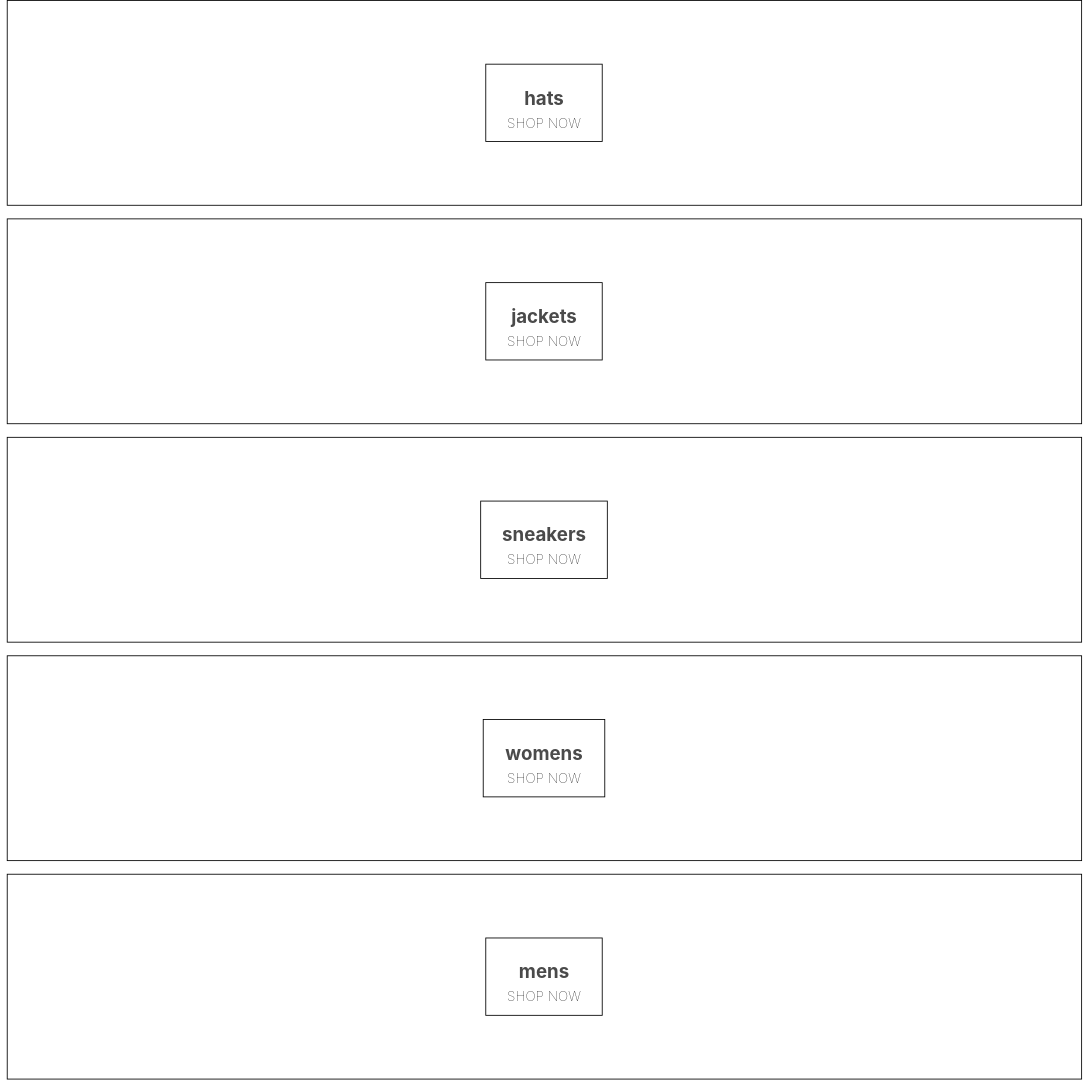
Repository: jsanjeykumar/crwn-clothing
Page: /
The author's editor kept a copy of each file at every save. The page is drawn from the files as they stood at one save, then again after the next save.
The browser window is 1280 px wide. The pictures show the whole page, at 85% of full size.
The project was rebuilt for these pictures with package versions that can differ from the ones it lists, and the page was loaded fresh each time. Also part of the build but not shown: src/App.css, src/pages/homepage/homepage.styles.scss, src/component/directory/directory.styles.scss.

Above is the page before, as saved 2020-04-12 21:30:03.

After the next save:
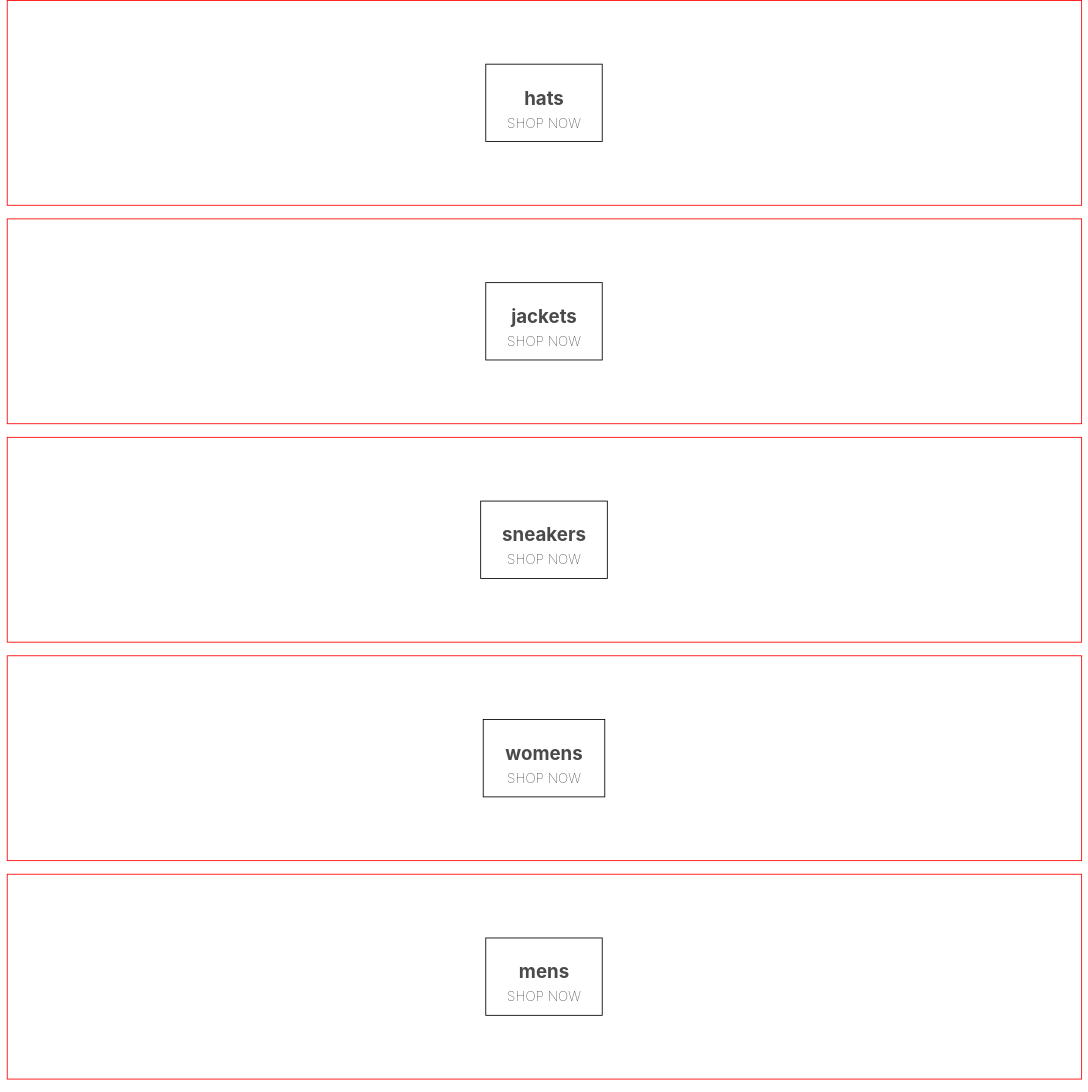
Saved 15 s later.
--- a/src/component/menu-item/menu-item.styles.scss
+++ b/src/component/menu-item/menu-item.styles.scss
@@ -5,7 +5,7 @@
     display: flex;
     align-items: center;
     justify-content: center;
-    border: 1px solid black;
+    border: 1px solid red;
     margin: 0 7.5px 15px;
 
     &:first-child {
